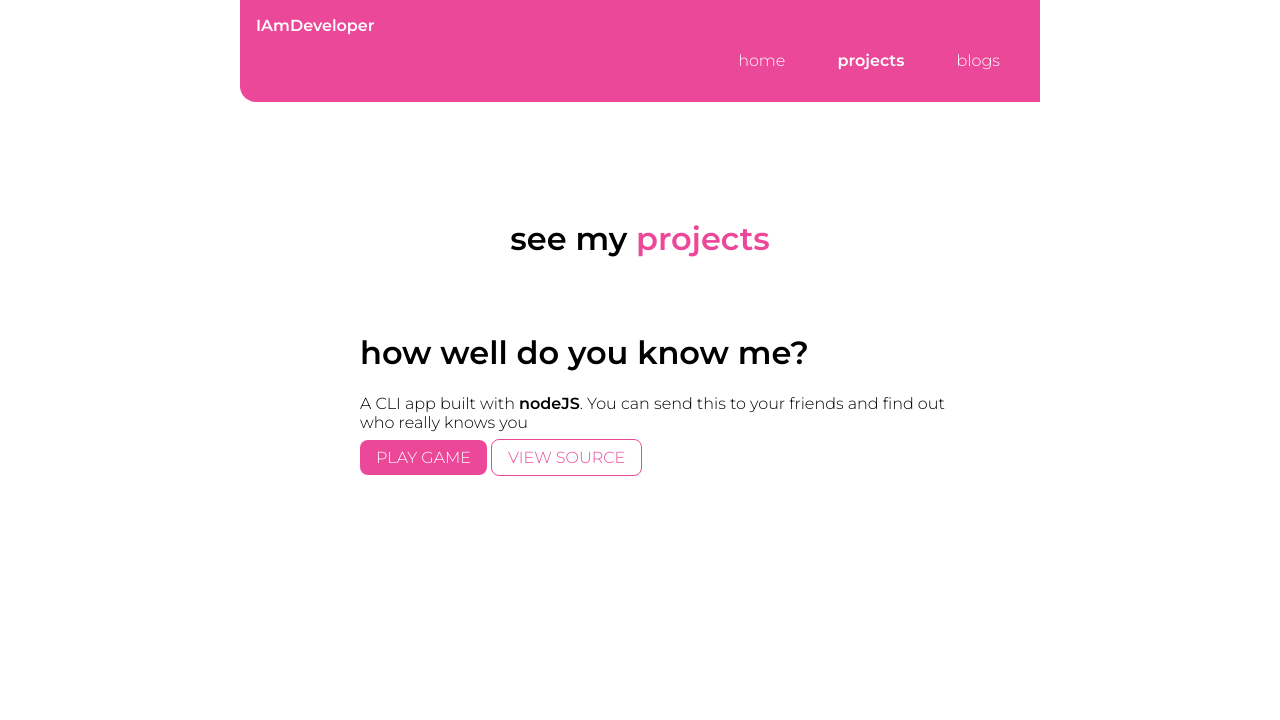
Repository: sohan2503001/Portfolio
Page: projects.html
The author's editor kept a copy of each file at every save. The page is drawn from the files as they stood at one save, then again after the next save.
The browser window is 1280 px wide. The pictures show the whole page.

Above is the page before, as saved 2021-04-12 13:21:39.

### projects.html
<!DOCTYPE html>
<html lang="en">
  <head>
    <meta charset="UTF-8" />
    <meta name="viewport" content="width=device-width, initial-scale=1.0" />
    <title>Projects | Sohan</title>
    <link rel="stylesheet" href="style.css" />
  </head>
  <body>
    <nav class="navigation container">
      <div class="nav-brand">IAmDeveloper</div>
      <ul class="list-non-bullet nav-pills">
        <li class="list-item-inline">
          <a class="link" href="/">home</a>
        </li>
        <li class="list-item-inline">
          <a class="link link-active" href="projects.html">projects</a>
        </li>
        <li class="list-item-inline">
          <a class="link" href="blogs.html">blogs</a>
        </li>
      </ul>
    </nav>

    <header class="hero">
      <h1 class="hero-heading">
        see my<span class="heading-inverted"> projects</span>
      </h1>
    </header>

    <ol class="list list-non-bullet">

        <div class="container container-center">
        <li>
          <h1>how well do you know me?</h1>
          <p>
            A CLI app built with <strong>nodeJS</strong>. You can send this to
            your friends and find out who really knows you
          </p>

          <a class="link link-primary" href="https://replit.com/@Sohan250301/How-much-you-know-me?embed=1&output=1" target="_blank">PLAY GAME</a>
          <a class="link link-secondary" href="https://github.com/sohan2503001/Quiz1/blob/main/index.js" target="_blank">VIEW SOURCE</a>
        </li>
      </div>

    </ol>

  </body>
</html>

### style.css
@import url('https://fonts.googleapis.com/css2?family=Montserrat:wght@300;600&display=swap');

:root{
    --primary-color: #EC4899;
    --dark-gray: #4B5563;
    --off-white: #FBCFE8;
}

body {
    font-family: 'Montserrat', sans-serif;
    margin: auto;
    max-width: 800px;
    width: 100%;
}

hr{
    margin: 2rem 0rem;
}

/** container **/
.container{
    padding: 0rem 1rem;
}

.container-center{
    max-width: 600px;
    margin: auto;
}

/** links **/
.link{
    text-decoration: none;
    padding: 0.5rem 1rem;
    /*margin: 1rem 0rem 1rem 0rem;*/
}

.link-primary{
    background-color: var(--primary-color);
    border-radius: 0.5rem;
    color:white;
}

.link-secondary{
    color: var(--primary-color);
    border-radius: 0.5rem;
    border: 1px solid var(--primary-color);
}

/** lists **/

.list-non-bullet{
    list-style: none;
}

.list-item-inline{
    display: inline;
    padding: 0rem 0.5rem;
}

/** navigation **/

.navigation{
    background-color: var(--primary-color);
    color: white;
    padding: 1rem;
    border-bottom-left-radius: 1rem;
}

.navigation .nav-brand{
    font-weight: bold;
}

.navigation .nav-pills{
    text-align: right;
}

.navigation .link{
    color: white;
}

.navigation .link-active{
    font-weight: bold;
}

/**header **/

.hero{
    padding: 2rem;
    padding-top: 5rem;
}

.hero .hero-img{
    max-width: 350px;
    display: block;
    margin: auto;
}

.hero .hero-heading{
    padding-top: 1rem;
    color: var(--dark-red);
    text-align: center;
}

.hero .hero-heading .heading-inverted{
    color: var(--primary-color)
}

/** section **/
.section{
    padding: 2rem;
}

.section h1{
    text-align: center;
}

.ow {
    background-color: var(--off-white);
}

/**footer **/

.footer{
    background-color: var(--primary-color);
    padding: 2rem 1rem;
    text-align: center;
    color: white;
    border-top-right-radius: 1rem;
    position: relative;
}

.footer .link{
    color: white;
}

.footer .footer-header{
    font-weight: bold;
    font-size: large;
}

.footer ul{
    padding-inline-start: 0px;
}

/**DarkMode**/
.dark-mode {
    background-color: black;
    color: white;
}

After the next save:
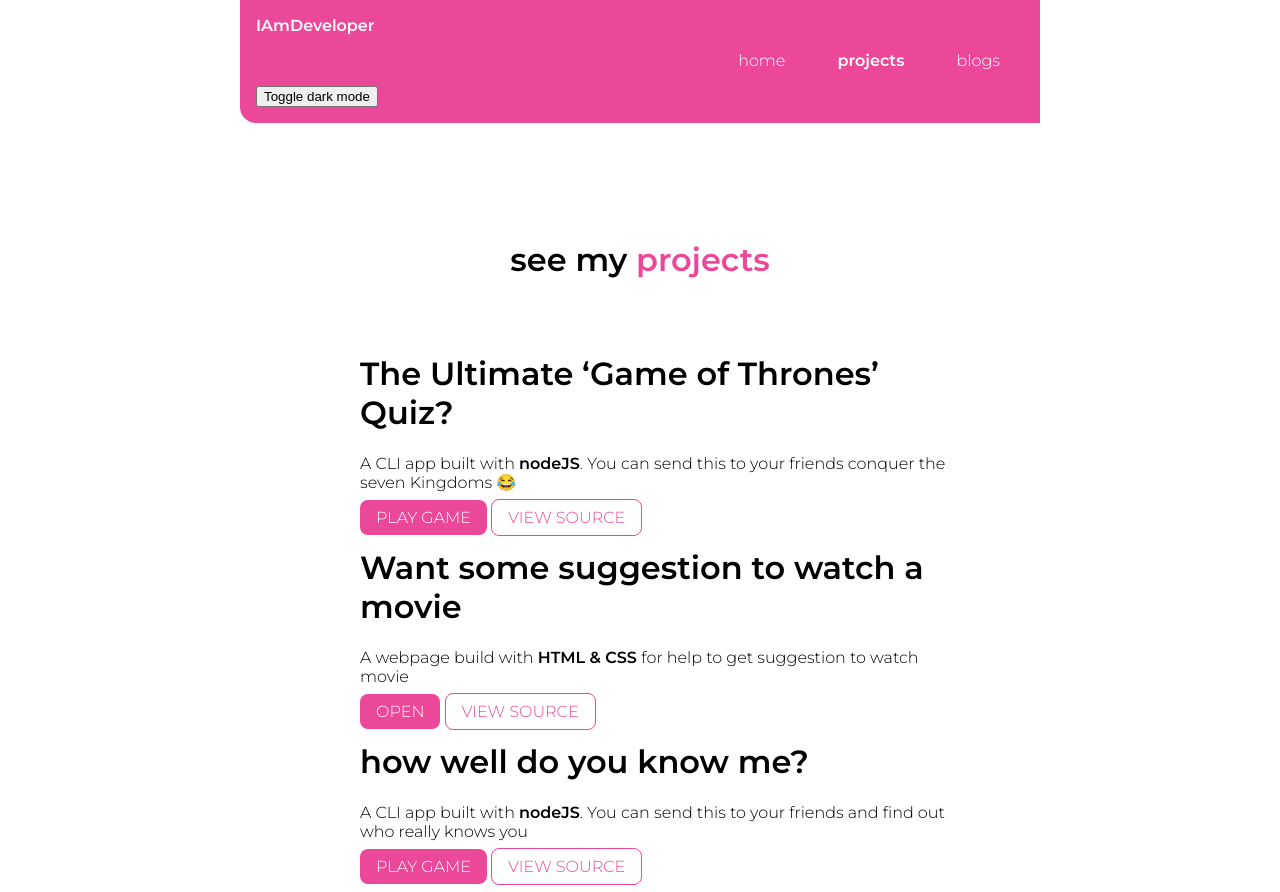
Saved 7 s later.
--- a/projects.html
+++ b/projects.html
@@ -20,6 +20,7 @@
           <a class="link" href="blogs.html">blogs</a>
         </li>
       </ul>
+      <button onclick="myFunction()">Toggle dark mode</button>
     </nav>
 
     <header class="hero">
@@ -30,6 +31,31 @@
 
     <ol class="list list-non-bullet">
 
+      <div class="container container-center">
+        <li>
+          <h1>The Ultimate ‘Game of Thrones’ Quiz?</h1>
+          <p>
+            A CLI app built with <strong>nodeJS</strong>. You can send this to
+             your friends conquer the seven Kingdoms 😂
+          </p>
+
+          <a class="link link-primary" href="https://replit.com/@Sohan250301/GameofThronesQuiz?embed=1&output=1#index.js" target="_blank">PLAY GAME</a>
+          <a class="link link-secondary" href="https://github.com/sohan2503001/GOTQuiz" target="_blank">VIEW SOURCE</a>
+        </li>
+      </div>
+
+      <div class="container container-center">
+        <li>
+          <h1>Want some suggestion to watch a movie</h1>
+          <p>
+            A webpage build with <strong>HTML & CSS </strong> for help to get suggestion to watch movie
+          </p>
+
+          <a class="link link-primary" href="https://moviesreview.netlify.app/" target="_blank">OPEN</a>
+          <a class="link link-secondary" href="https://github.com/sohan2503001/MovieSuggestion" target="_blank">VIEW SOURCE</a>
+        </li>
+      </div>
+
         <div class="container container-center">
         <li>
           <h1>how well do you know me?</h1>
@@ -39,7 +65,7 @@
           </p>
 
           <a class="link link-primary" href="https://replit.com/@Sohan250301/How-much-you-know-me?embed=1&output=1" target="_blank">PLAY GAME</a>
-          <a class="link link-secondary" href="https://github.com/sohan2503001/Quiz1/blob/main/index.js" target="_blank">VIEW SOURCE</a>
+          <a class="link link-secondary" href="https://github.com/sohan2503001/Quiz1" target="_blank">VIEW SOURCE</a>
         </li>
       </div>
 
